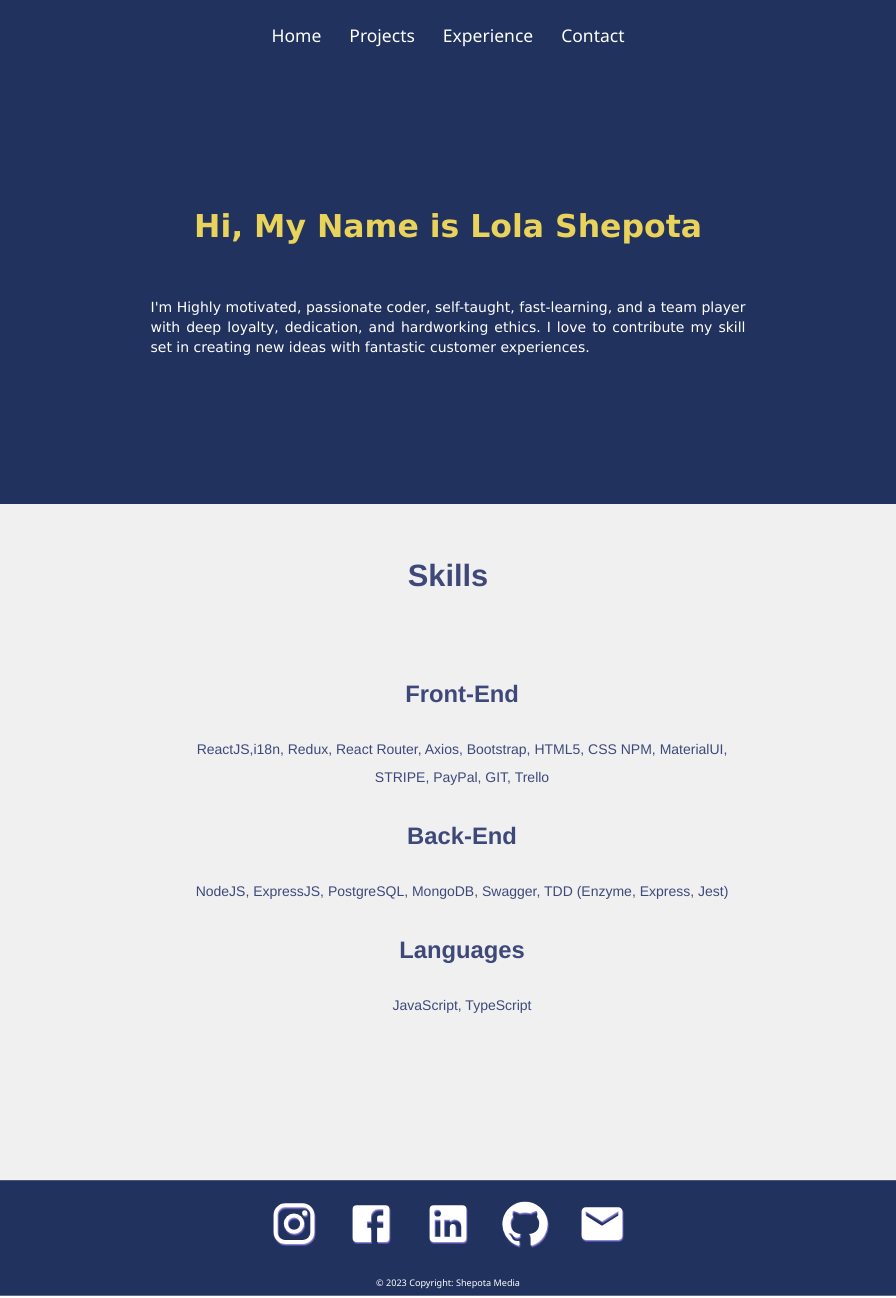
Repository: LolaSL/react-portfolio
Page: /
The author's editor kept a copy of each file at every save. The page is drawn from the files as they stood at one save, then again after the next save.
The browser window is 1280 px wide. The pictures show the whole page, at 70% of full size.
The project was rebuilt for these pictures with package versions that can differ from the ones it lists, and the page was loaded fresh each time. Also part of the build but not shown: src/components/ProjectItem/ProjectItem.jsx, src/helpers/ProjectList.js, src/pages/Projects/Style.css, src/pages/Projects/Projects.jsx, src/pages/Experience/Style.css, src/pages/Experience/Experience.jsx, src/pages/ProjectDetail/ProjectDetail.jsx, src/pages/Contact/Style.css and 1 more.

Above is the page before, as saved 2023-07-02 09:37:53.

After the next save:
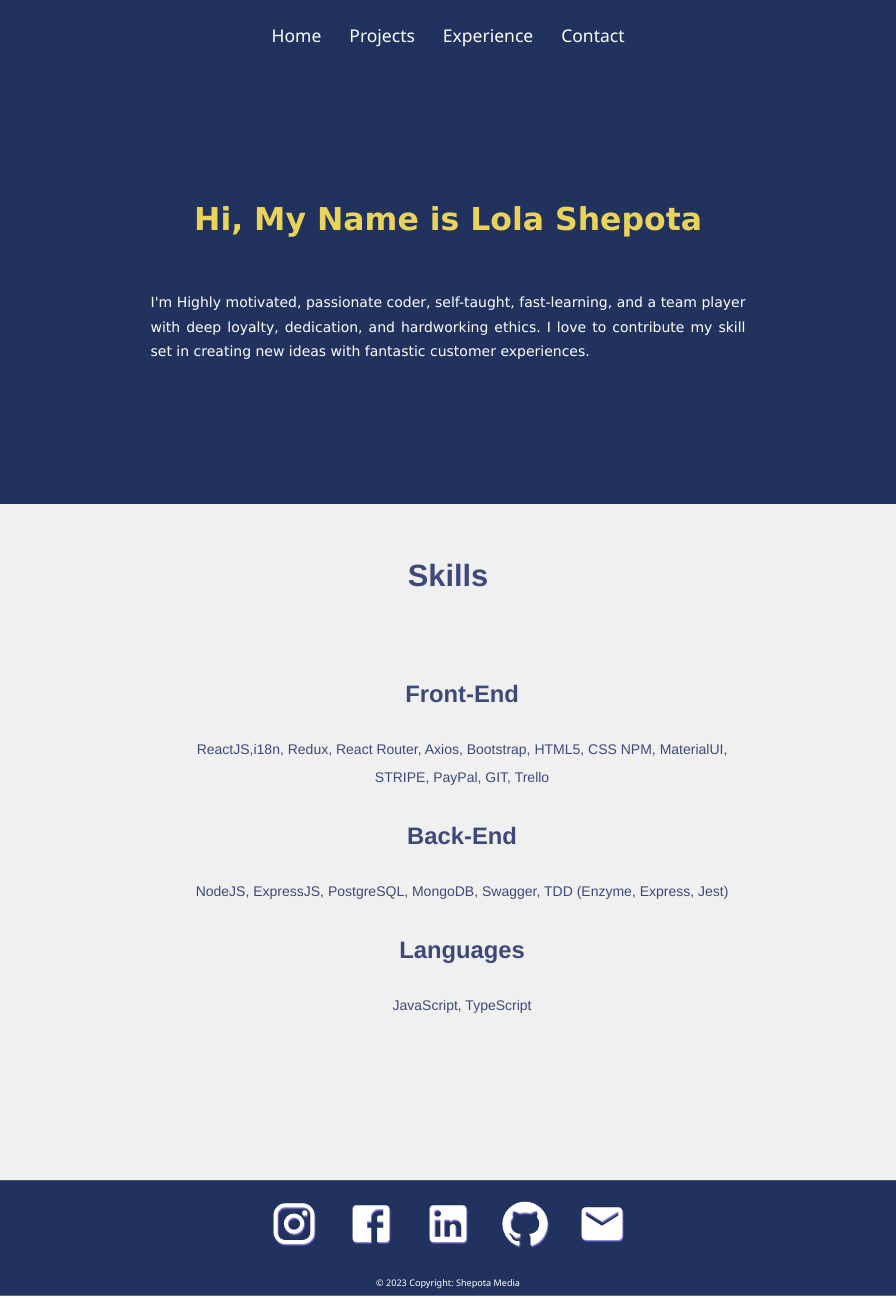
Saved 18 s later.
--- a/src/pages/Home/Style.css
+++ b/src/pages/Home/Style.css
@@ -35,7 +35,7 @@
     font-size: 20px;
     text-align: justify;
     font-family: Verdana, Geneva, Tahoma, sans-serif;
-    line-height: 29px;
+    line-height: 35px;
     padding:23px;
    }
   .skills {
